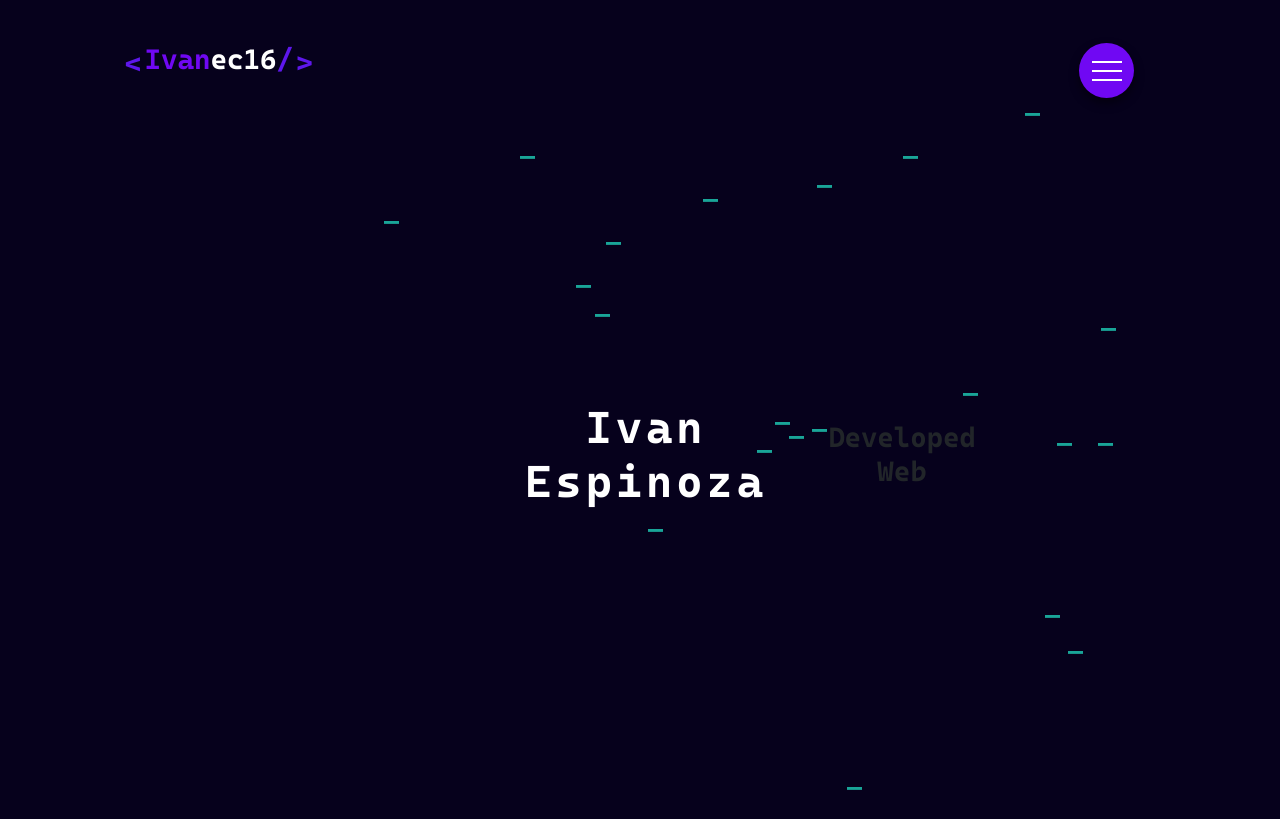
Repository: banchiec/portafolio
Page: /
An editor plug-in stored every save of this project. The page is shown before and after the next save, followed by the edit.
The browser window is 1280 px wide. The pictures show the whole page.
The project was rebuilt for these pictures with package versions that can differ from the ones it lists, and the page was loaded fresh each time.

Above is the page before, as saved 2021-01-08 15:25:30.

After the next save:
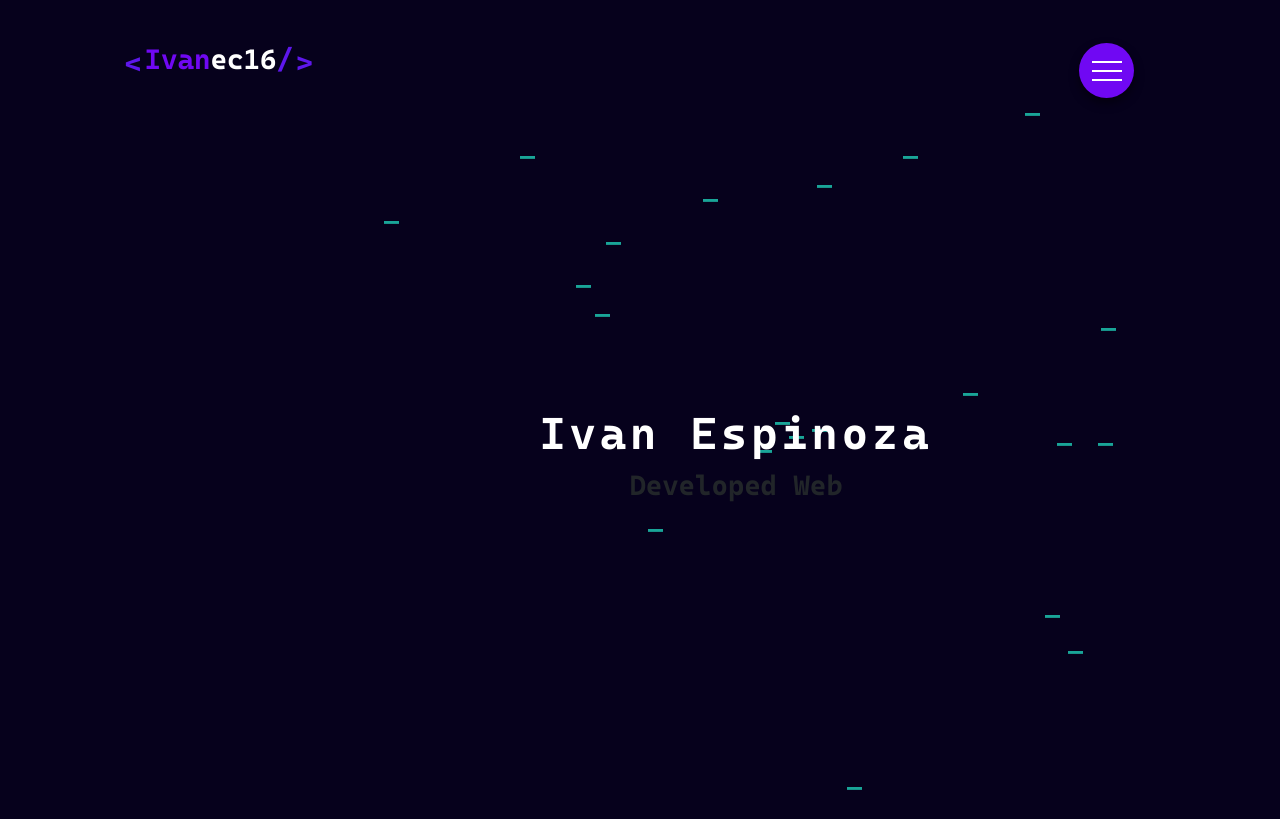
Saved 10 s later.
--- a/src/components/cards/cardPresentation/CardPresentation.js
+++ b/src/components/cards/cardPresentation/CardPresentation.js
@@ -6,10 +6,9 @@
     return (
         <div className="card-container">
           <div className="card-title-container">
-
+            <h1 id="card-title">Ivan Espinoza</h1>
+            <h3 id="card-tagline">Developed Web</h3>
           </div>
-          <h1 id="card-title">Ivan Espinoza</h1>
-          <h3 id="card-tagline">Developed Web</h3>
         </div>
     )
 }
